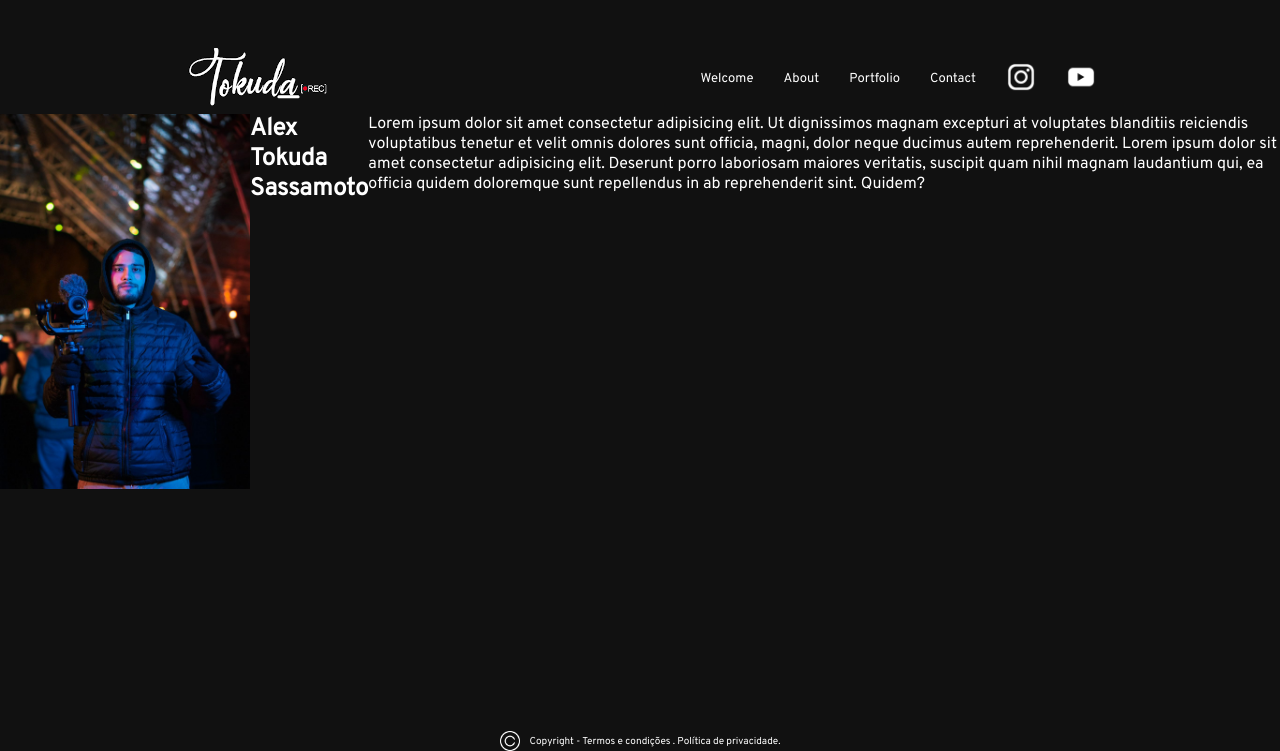
Repository: Lucasbeze/Project-FilmMaker
Page: projeto-alex/pages/about.html
These files come from the project's save history. The page is drawn as it stood at one moment and after a run of saves; the edit follows.
The browser window is 1280 px wide. The pictures show the whole page.

Above is the page before, as saved 2022-08-25 14:53:44.

After the next 3 saves:
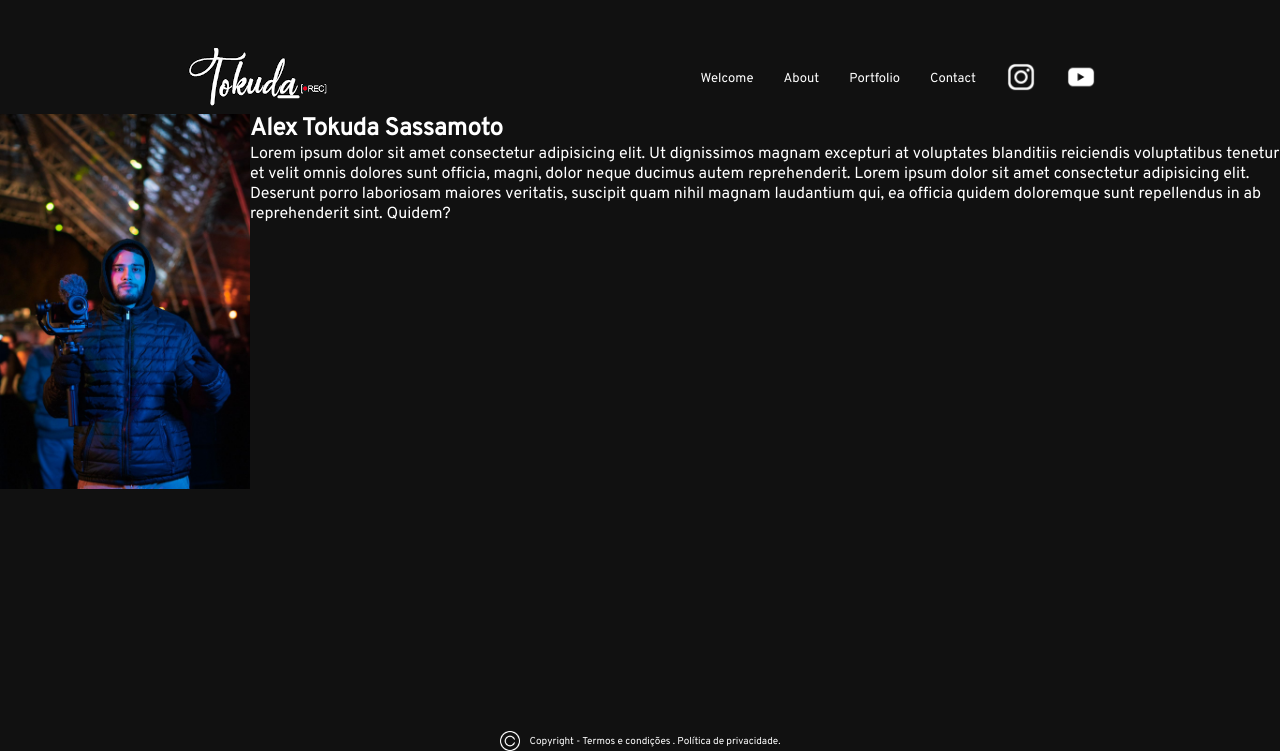
The 3 saves are shown as one change because they came seconds apart.
The last was saved 63 s later.
--- a/projeto-alex/pages/about.html
+++ b/projeto-alex/pages/about.html
@@ -23,8 +23,10 @@
   <main>
     <div class="main-page">
       <img src="../imagens/photo.jpeg" alt="foto-alextokuda">
-      <h1>Alex Tokuda Sassamoto</h1>
-      <p>Lorem ipsum dolor sit amet consectetur adipisicing elit. Ut dignissimos magnam excepturi at voluptates blanditiis reiciendis voluptatibus tenetur et velit omnis dolores sunt officia, magni, dolor neque ducimus autem reprehenderit. Lorem ipsum dolor sit amet consectetur adipisicing elit. Deserunt porro laboriosam maiores veritatis, suscipit quam nihil magnam laudantium qui, ea officia quidem doloremque sunt repellendus in ab reprehenderit sint. Quidem?</p>
+      <div class="content">
+        <h1>Alex Tokuda Sassamoto</h1>
+        <p>Lorem ipsum dolor sit amet consectetur adipisicing elit. Ut dignissimos magnam excepturi at voluptates blanditiis reiciendis voluptatibus tenetur et velit omnis dolores sunt officia, magni, dolor neque ducimus autem reprehenderit. Lorem ipsum dolor sit amet consectetur adipisicing elit. Deserunt porro laboriosam maiores veritatis, suscipit quam nihil magnam laudantium qui, ea officia quidem doloremque sunt repellendus in ab reprehenderit sint. Quidem?</p>
+      </div>
     </div>
   </main>
   <footer>
